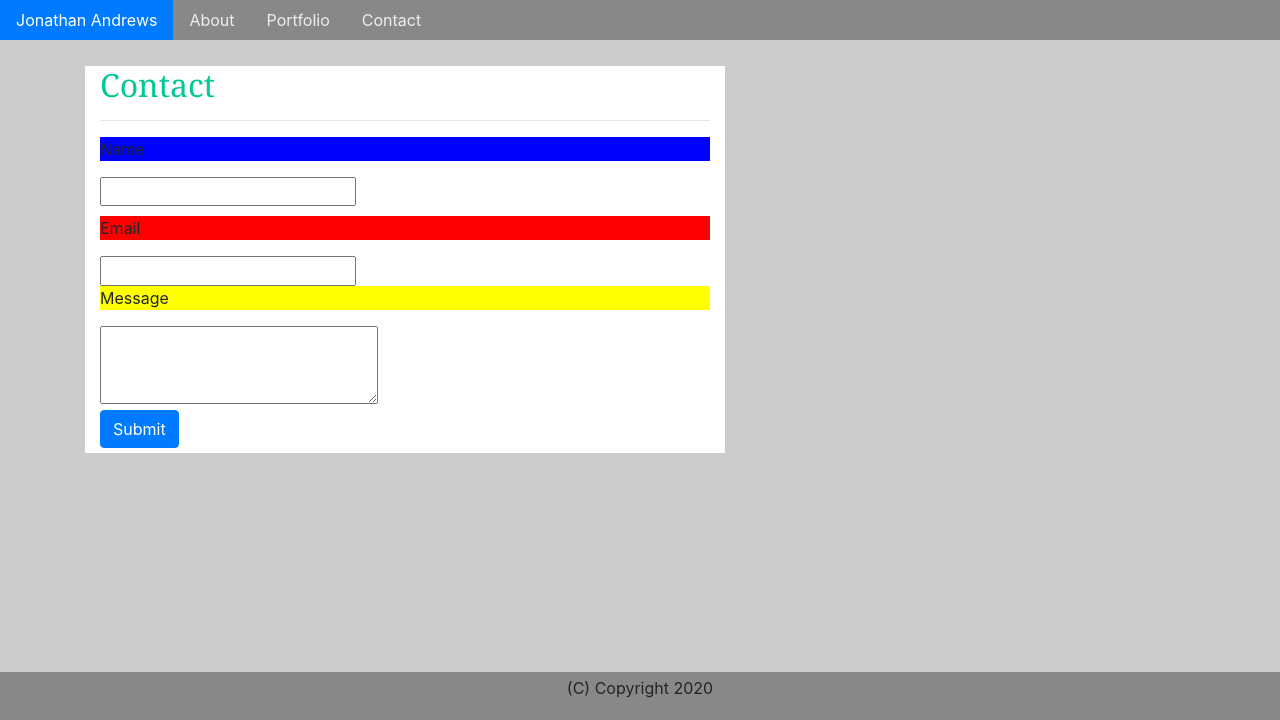
Repository: ionathas78/ionathas78.github.io
Page: contact.html
The author's editor kept a copy of each file at every save. The page is drawn from the files as they stood at one save, then again after the next save.
The browser window is 1280 px wide. The pictures show the whole page.

Above is the page before, as saved 2020-03-17 14:51:01.

After the next save:
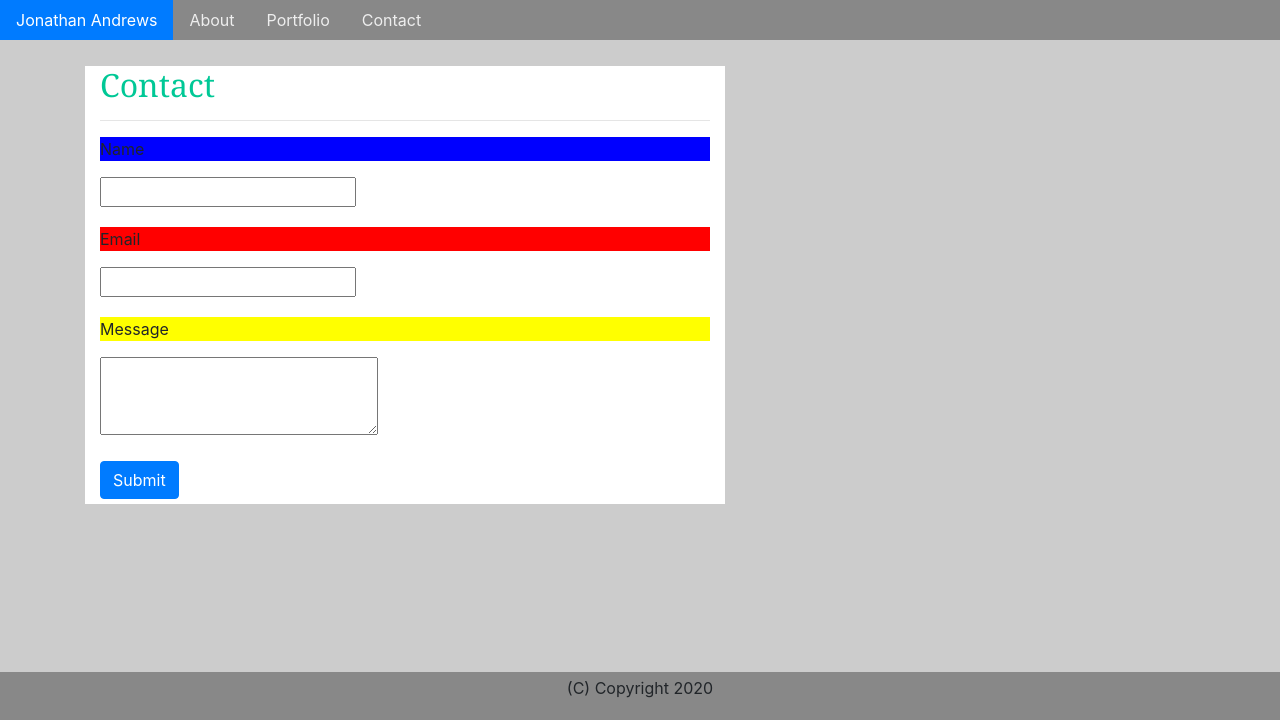
Saved 63 s later.
--- a/contact.html
+++ b/contact.html
@@ -35,11 +35,11 @@
 
                     </div>
                     <p style="background-color: blue;">Name</p>
-                    <input id="name" style="margin-top: 0; padding-top: 0; margin-bottom: 10px;"></input>
+                    <input id="name" style="margin-bottom: 20px;"></input>
                     <p style="background-color: red;">Email</p>
-                    <input id="email"></input>
-                    <p style="background-color: yellow;"">Message</p>
-                    <textarea id="message" rows="3" cols="25"></textarea>
+                    <input id="email" style="margin-bottom: 20px;"></input>
+                    <p style="background-color: yellow;">Message</p>
+                    <textarea id="message" rows="3" cols="25" style="margin-bottom: 20px;"></textarea>
                     <br>
                     <button type="button" class="btn btn-primary" id="submit-btn" style="margin-bottom: 5px">Submit</button>
                     <br>
